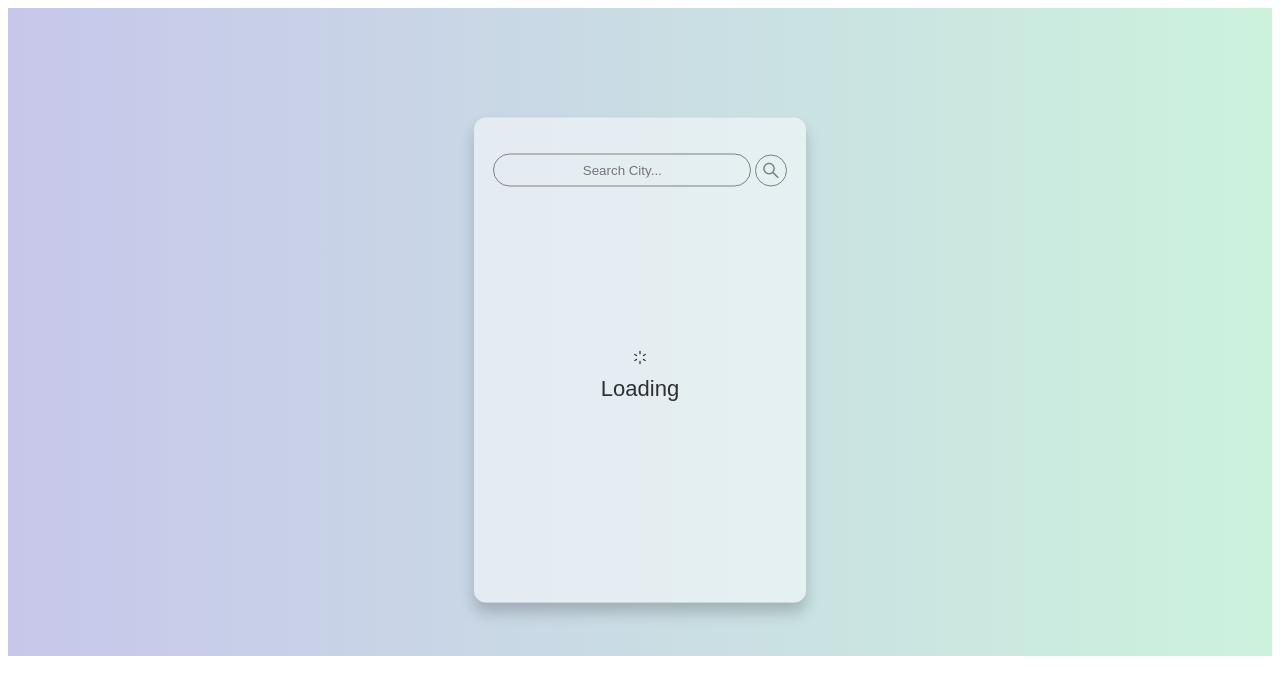
Repository: vaishnavik94/WeatherAPP
Page: /
An editor plug-in stored every save of this project. The page is shown before and after the next save, followed by the edit.
The browser window is 1280 px wide. The pictures show the whole page.
The page's requests for data from a server got no answer. The project was rebuilt for these pictures with package versions that can differ from the ones it lists, and the page was loaded fresh each time. No one was signed in, and anything a server would have sent is missing.

Above is the page before, as saved 2024-04-18 16:27:41.

### public/index.html
<!DOCTYPE html>
<html lang="en">

  <head>
    <meta charset="utf-8" />
    <meta name="viewport" content="width=device-width, initial-scale=1" />
    <meta name="theme-color" content="#000000" />
    <meta name="description" content="Web site created using create-react-app"/>

    <title>React App</title>
  </head>

  <body>
    <noscript>You need to enable JavaScript to run this app.</noscript>
    <div id="root"></div>

  </body>

</html>

### src/App.tsx
import React from 'react';
import './App.css';
import DisplayWeather from './components/DisplayWeather';

function App() {
  return (
    <div className="App">
      <DisplayWeather/>
    </div>
  );
}

export default App;

### src/components/DisplayWeather.tsx
import React from 'react'
import { MainWrapper } from './styles.module'
import { AiOutlineSearch } from "react-icons/ai";
import { WiHumidity } from "react-icons/wi";
import { BiWind } from "react-icons/bi";
import { RiLoaderFill } from "react-icons/ri";
import { TiWeatherPartlySunny } from "react-icons/ti";
import { BsFillSunFill, BsFillCloudFill, BsFillCloudRainFill, BsCloudFog2Fill, BsCloudyFill } from "react-icons/bs";
import axios, { Axios } from 'axios';


interface WeatherDataProps{
    name: string;

    main: {
        temp: number;
        humidity: number;
    };
    sys: {
        country: string;
    };

    wind: {
        speed:number;
    };
    weather: {
        main: string;
    }[];
}

const DisplayWeather = () => {

    const api_key="0cc86d16bf572f78cdc96c096c7627e5";
    const api_Endpoint = "https://api.openweathermap.org/data/2.5/";

    const [weatherData, setWeatherData] = React.useState<WeatherDataProps | null>(null);

    const [isLoading, setLoading] = React.useState(false);

    const fetchCurrentWeather = async (lat:number, lon:number) =>{
        const url = `${api_Endpoint}weather?lat=${lat}&lon=${lon}&appid=${api_key}&units=metric`;
        const response = await axios.get(url);

        return response.data;
    };

    const iconChanger = (weather:string) => {
        let iconElement: React.ReactNode;
        let iconColor:string;

        switch(weather) {
            case "Rain":
                iconElement = <BsFillCloudRainFill/>
                iconColor="#272829"
                break;

            case "Clear":
                iconElement = <BsFillSunFill/>
                iconColor="#ffc436"
                break;

            case "Clouds":
                iconElement = <BsCloudyFill/>
                iconColor="#102c57"
                break;

            case "Mist":
                iconElement = <BsCloudFog2Fill/>
                iconColor="#279eff"
                break;

            default :
                iconElement = <TiWeatherPartlySunny/>
                iconColor="#782869"
        }

        return (
            <span className="icon" style={{color:iconColor}}>
                {iconElement}
            </span>
        )
    }
    React.useEffect(() =>{
        navigator.geolocation.getCurrentPosition((position) => {
            const { latitude, longitude} = position.coords;
            Promise.all([fetchCurrentWeather(latitude,longitude)]).then(
                ([currentWeather]) => {
                    setWeatherData(currentWeather);
                    setLoading(true);
                    console.log(currentWeather);
                }
            );
        });
    });

  return (
    <MainWrapper>

        <div className="container">
            <div className="searchArea">
                <input type="text" placeholder='Search City...' id="cityInput"/>
                <div className="searchCircle">
                    <AiOutlineSearch className='searchIcon' />
                </div>
            </div>


            {weatherData && isLoading ?(
                <>
                    <div className="weatherArea">
                        <h1>{weatherData.name}</h1>
                        <span>{weatherData.sys.country}</span>
                        <div className="icon">
                            {iconChanger(weatherData.weather[0].main)}
                        </div>
                        <h1>{weatherData.main.temp.toFixed(0)}</h1>
                        <h2>{weatherData.weather[0].main}</h2>
                    </div>

                    <div className="bottomInfoArea">
                        <div className="humidityLevel">
                            <WiHumidity className='windIcon'/>
                            <div className="humidInfo">
                                <h1>{weatherData.main.humidity}%</h1>
                                <p>Humidity</p>
                            </div>
                        </div>

                        <div className="windLevel">
                            <BiWind className='windIcon'/>
                            <div className="windInfo">
                                <h1>{weatherData.wind.speed}km/h</h1>
                                <p>Wind Speed</p>
                            </div>
                        </div>

                    </div>
                </>
            ):(
                <div className="loading">
                    <RiLoaderFill className='"loadingIcon'/>
                    <p>Loading</p>
                </div>
            )}

        </div>

    </MainWrapper>
  );
};

export default DisplayWeather

### src/components/styles.module.ts
import styled from "styled-components";


export const MainWrapper = styled.div`
height: 90vh;
background: linear-gradient(to right, #c7c7eb, #ccf2dd);
.container {
background-color: #ffffff7d;
border-radius: 12px;
padding: 1rem;
position: absolute;
top: 50%;
left: 50%;
transform: translate(-50%, -50%);
box-shadow: 0 10px 15px rgb(0 0 0 / 20%);
box-sizing: border-box;
color: rgba(0, 0, 0, 0.8);
background-blend-mode: overlay;
justify-content: space-between;
align-items: center;
flex-direction: column;
position: absolute;
}


.searchArea {
margin-top: 20px;
display: flex;
justify-content: space-evenly;
align-items: center;
width: 100%;
}


.searchArea > input {
outline: none;
border: none;
border: 1px solid grey;
padding: 8px;
border-radius: 20px;
text-align: center;
width: 80%;
background: transparent;
}
.searchCircle {
border: 1px solid grey;
width: 30px; /* Adjust the width of the circle as needed */
height: 30px; /* Ensure the height matches the width for a perfect circle */
border-radius: 50%;
display: flex;
justify-content: center;
align-items: center;
cursor: pointer;


> .searchIcon {
font-size: 20px;
color: grey;
}
}


.weatherArea {
display: flex;
align-items: center;
flex-direction: column;
margin: 30px 0;


> .icon {
font-size: 9rem;


/* DO LATER NOT WHEN CREATING UI */
}


> h1 {
font-size: 3rem;


font-family: "Bebas Neue", sans-serif;
}


> span {
margin-bottom: 5px;
font-family: "Inter", sans-serif;
}


> h2 {
font-size: 2rem;
font-family: "Inter", sans-serif;
font-weight: 400;
}
}


.bottomInfoArea {
display: flex;
align-items: center;
justify-content: space-around;
font-family: "Josefin Sans", sans-serif;
margin: 10px;
background: linear-gradient(
90deg,
rgba(243, 255, 253, 1) 0%,
rgba(253, 255, 232, 1) 100%
);
border-radius: 12px;
padding: 5px;
}
.humidityLevel,
.wind {
display: flex;
align-items: center;
margin: 0 20px;


> .humidIcon {
font-size: 3rem;
}
}


.windIcon {
font-size: 2rem;
margin-right: 10px;
}


.loading {
height: 400px;
width: 300px;
display: flex;
flex-direction: column;
justify-content: center;
align-items: center;
z-index: 9999;


.loadingIcon {
font-size: 3rem;
/* DO LATER NOT WHEN CREATING UI */
animation: spin 2s linear infinite;
}
p {
font-size: 22px;
margin-top: 10px;
font-family: "Josefin Sans", sans-serif;
}
}


/* DO LATER NOT WHEN CREATING UI */
@keyframes spin {
from {
transform: rotate(0deg);
}
to {
transform: rotate(360deg);
}
}
`;

Loaded but not shown: src/index.tsx (common file); src/App.css (common file)

After the next save:
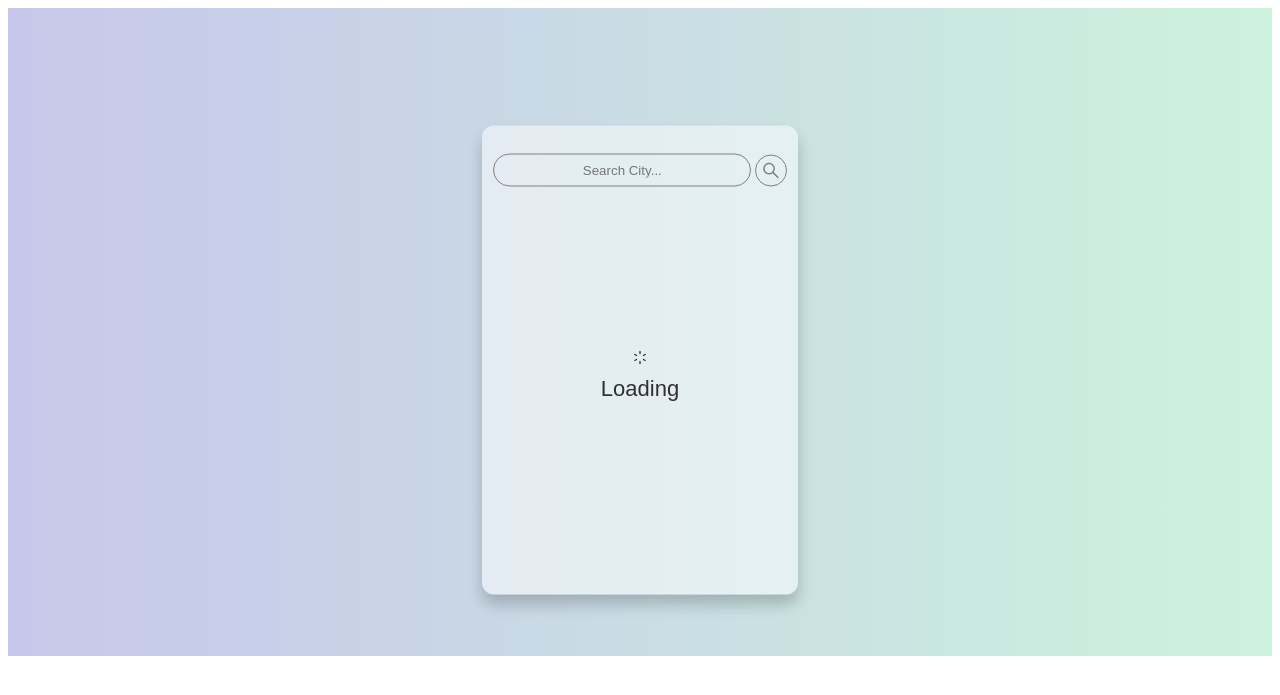
Saved 51 s later.
--- a/src/components/styles.module.ts
+++ b/src/components/styles.module.ts
@@ -7,7 +7,7 @@
 .container {
 background-color: #ffffff7d;
 border-radius: 12px;
-padding: 1rem;
+padding: 0.5rem;
 position: absolute;
 top: 50%;
 left: 50%;

After the save that followed:
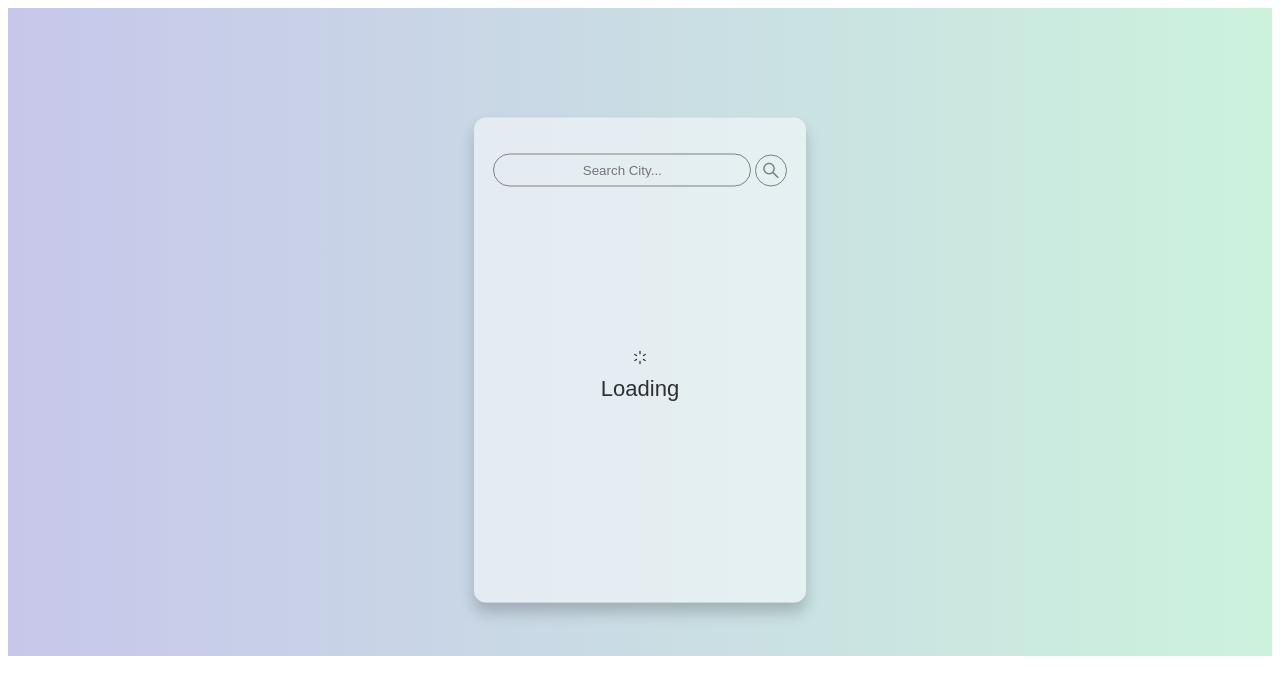
Saved 5 s later.
--- a/src/components/styles.module.ts
+++ b/src/components/styles.module.ts
@@ -7,7 +7,7 @@
 .container {
 background-color: #ffffff7d;
 border-radius: 12px;
-padding: 0.5rem;
+padding: 1rem;
 position: absolute;
 top: 50%;
 left: 50%;
